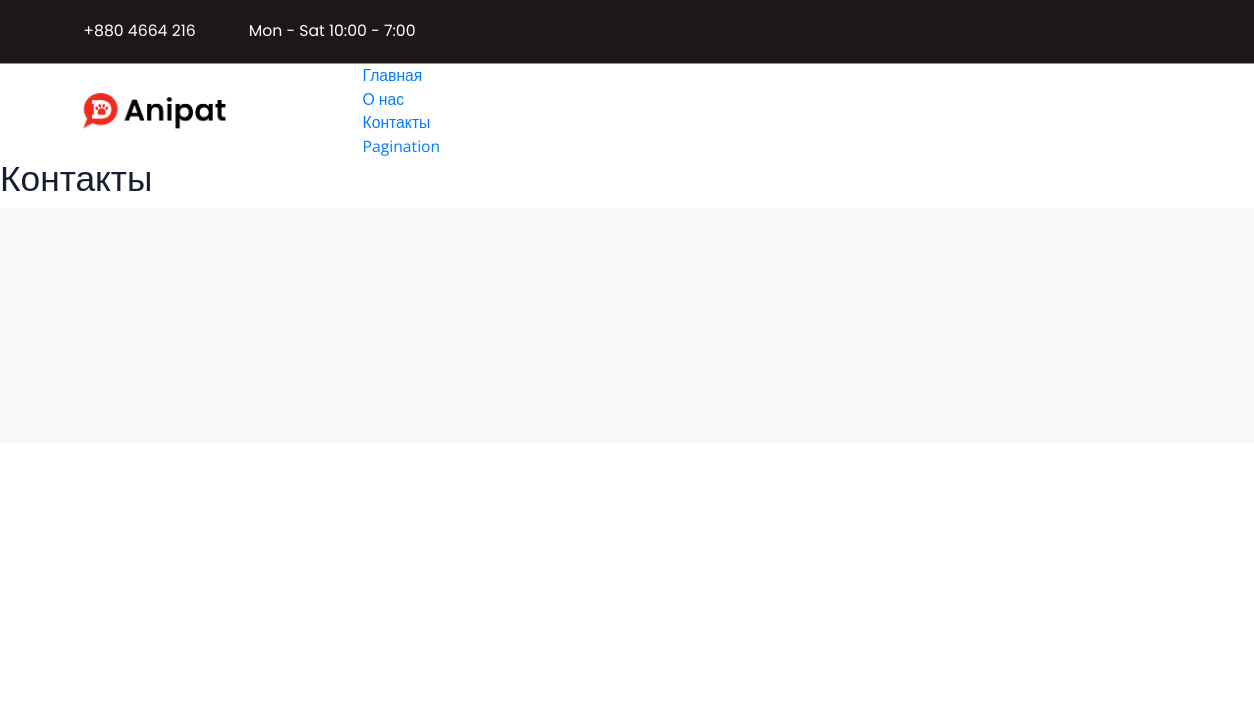
Repository: ssezmar/php...
Page: http://localhost/lab2/contact.php
The author's editor kept a copy of each file at every save. The page is drawn from the files as they stood at one save, then again after the next save.
The browser window is 1280 px wide. The pictures show the whole page, at 98% of full size.
The page is run by PHP 8.4 with error messages shown; the project is at /var/www/html/.

Above is the page before, as saved 2025-09-17 12:31:42.

After the next save:
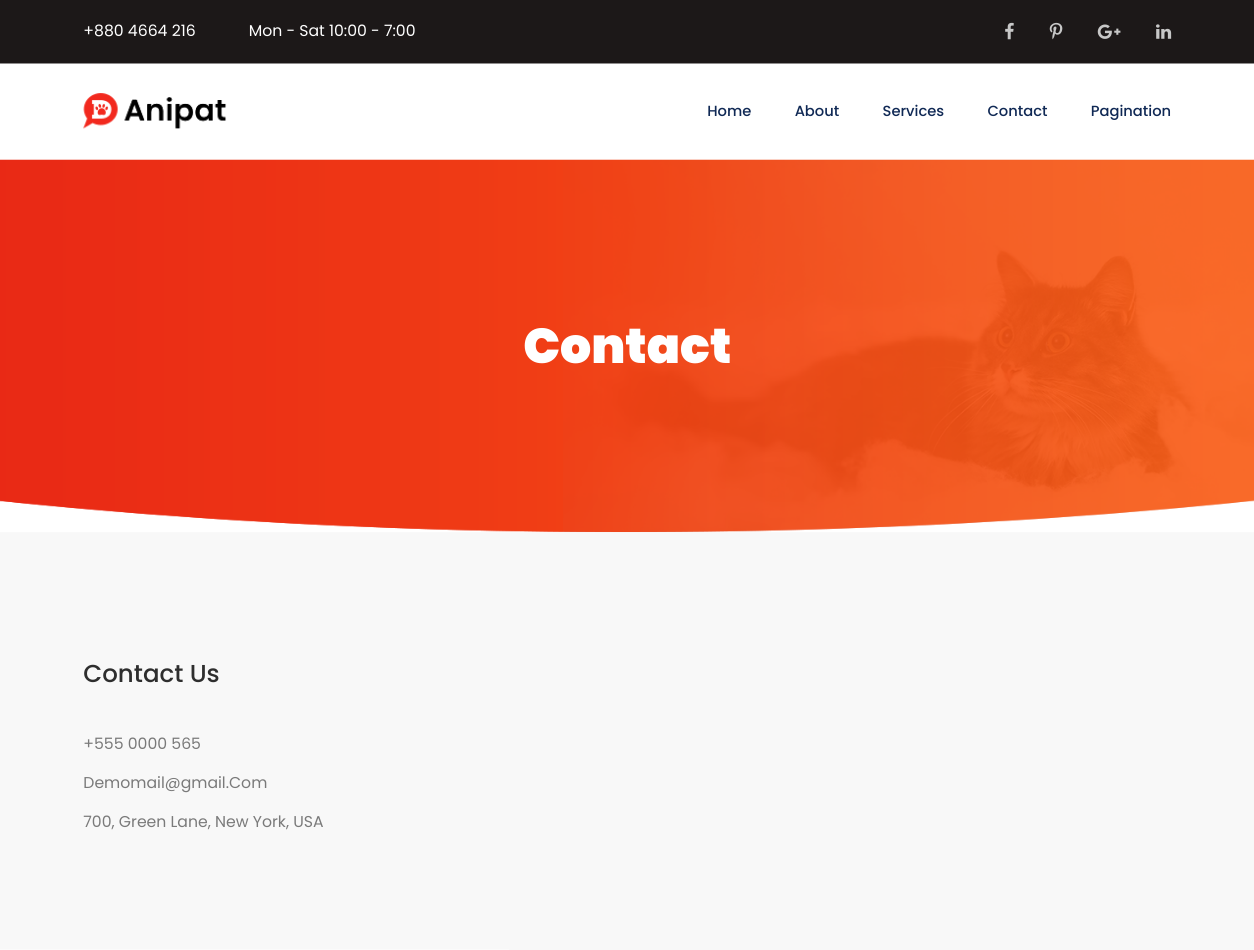
Console error: TypeError: $(...).find(...).ajaxChimp is not a function
Saved 75 s later.
--- a/public_html/lab2/contact.php
+++ b/public_html/lab2/contact.php
@@ -1,3 +1,28 @@
-<?php include "header.php"; ?>
-<h1>Контакты</h1>
-<?php include "footer.php"; ?>
+<?php
+$pageTitle = "Contact - Barbers"; // Заголовок, будет подставлен в <title>
+include "includes/header.php";
+
+// Показываем topmenu только на index.php и contact.php
+if (basename($_SERVER['PHP_SELF']) === 'index.php' || basename($_SERVER['PHP_SELF']) === 'contact.php') {
+    include "includes/topmenu.php";
+}
+
+// Подключаем меню
+include "includes/menu.php";
+?>
+
+<!-- bradcam_area_start -->
+<div class="bradcam_area breadcam_bg">
+    <div class="container">
+        <div class="row">
+            <div class="col-lg-12">
+                <div class="bradcam_text text-center">
+                    <h3>contact</h3>
+                </div>
+            </div>
+        </div>
+    </div>
+</div>
+<!-- bradcam_area_end -->
+
+<?php include "includes/footer.php"; ?>
